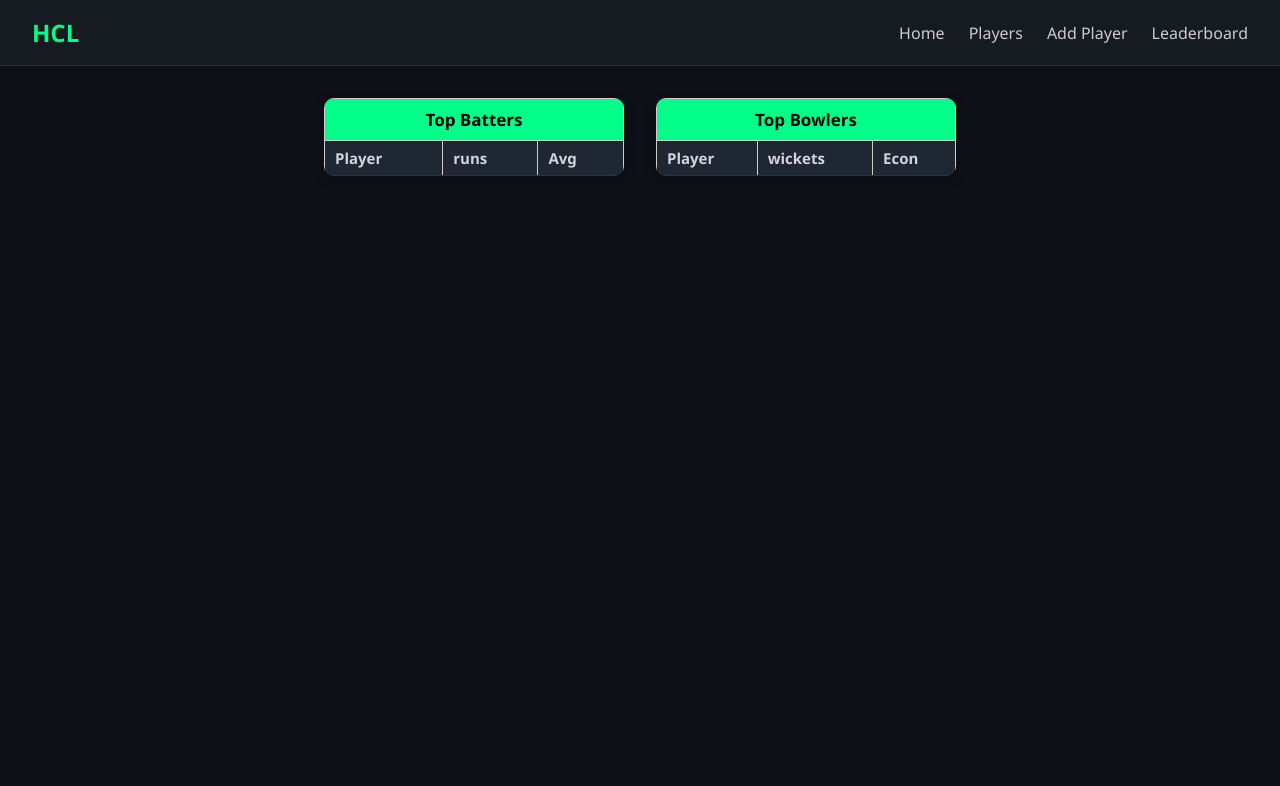
Repository: DanTastic-Dev/HCL
Page: / (app in cricket-app/)
The author's editor kept a copy of each file at every save. The page is drawn from the files as they stood at one save, then again after the next save.
The browser window is 1280 px wide. The pictures show the whole page.
The page's requests for data from a server got no answer. The project was rebuilt for these pictures with package versions that can differ from the ones it lists, and the page was loaded fresh each time. No one was signed in, and anything a server would have sent is missing. Also part of the build but not shown: cricket-app/src/components/TopPerformers.jsx, cricket-app/src/components/IntroAnimation.css, cricket-app/src/components/PlayerForm.jsx, cricket-app/src/components/PlayerTable.jsx, cricket-app/src/pages/AddPlayerPage.jsx, cricket-app/src/components/PlayerCard.jsx, cricket-app/src/pages/ViewPlayersPage.jsx, cricket-app/src/pages/LeaderboardPage.jsx and 1 more.

Above is the page before, as saved 2025-06-18 15:41:09.

### cricket-app/public/index.html
<!DOCTYPE html>
<html lang="en">
  <head>
    <meta charset="UTF-8" />
    <meta name="viewport" content="width=device-width, initial-scale=1.0"/>
    <title>Cricket Stats App</title>
  </head>
  <body>
    <div id="root"></div>
  </body>
</html>

### cricket-app/src/index.js
import React from 'react';
import ReactDOM from 'react-dom/client';
import AppWithAnimation from './AppWithAnimation';
import './index.css';

const root = ReactDOM.createRoot(document.getElementById('root'));
root.render(
    <React.StrictMode>
        <AppWithAnimation />
    </React.StrictMode>
);

### cricket-app/src/AppWithAnimation.jsx
import React, { useState } from 'react';
import App from './App';
import IntroAnimation from './components/IntroAnimation';

const AppWithAnimation = () => {
    const [showIntro, setShowIntro] = useState(true);

    return showIntro ? <IntroAnimation onComplete={() => setShowIntro(false)} /> : <App />;
};

export default AppWithAnimation;

### cricket-app/src/index.css
/* index.css */

* {
  margin: 0;
  padding: 0;
  box-sizing: border-box;
  font-family: 'Segoe UI', Tahoma, Geneva, Verdana, sans-serif;
}

body {
  background-color: #f4f6f8;
  color: #333;
}

button {
  cursor: pointer;
  background-color: #007bff;
  border: none;
  color: white;
  padding: 8px 14px;
  border-radius: 4px;
  transition: background-color 0.2s ease;
}

button:hover {
  background-color: #0056b3;
}

input {
  padding: 8px;
  margin: 4px 0;
  border-radius: 4px;
  border: 1px solid #ccc;
  width: 100%;
}

table {
  width: 100%;
  border-collapse: collapse;
}

th, td {
  padding: 12px;
  border: 1px solid #ccc;
  text-align: left;
}

th {
  background-color: #e9ecef;
}

.container {
  max-width: 1200px;
  margin: 0 auto;
  padding: 20px;
}

/* index.css */
body, html {
  margin: 0;
  padding: 0;
  background-color: #0D1117; /* Deep black */
  color: #FFFFFF;
  font-family: 'Segoe UI', sans-serif;
  min-height: 100vh;
}

### cricket-app/src/App.js
import React from "react";
import { BrowserRouter as Router, Routes, Route } from "react-router-dom";
import HomePage from "./pages/HomePage";
import AddPlayerPage from "./pages/AddPlayerPage";
import ViewPlayersPage from "./pages/ViewPlayersPage";
import LeaderboardPage from "./pages/LeaderboardPage";
import EditPlayerPage from "./pages/EditPlayerPage"; // ✅ Add this line
import Navbar from "./components/Navbar";

const App = () => {
    return (
        <Router>
            <div style={{
                backgroundColor: "#0D1117",
                color: "#FFFFFF",
                minHeight: "100vh"
            }}>
                <Navbar />
                <Routes>
                    <Route path="/" element={<HomePage />} />
                    <Route path="/add" element={<AddPlayerPage />} />
                    <Route path="/players" element={<ViewPlayersPage />} />
                    <Route path="/leaderboard" element={<LeaderboardPage />} />
                    <Route path="/edit/:id" element={<EditPlayerPage />} /> {/* ✅ Add this */}
                </Routes>
            </div>
        </Router>
    );
};

export default App;

### cricket-app/src/components/IntroAnimation.jsx
import React, { useEffect, useState, useMemo } from "react";
import "./IntroAnimation.css";

const IntroAnimation = ({ topBatter, topBowler, onComplete }) => {
  const [displayText, setDisplayText] = useState("");
  const [stepIndex, setStepIndex] = useState(0);
  const [charIndex, setCharIndex] = useState(0);
  const [isTyping, setIsTyping] = useState(true);

  // 🛡️ If required data is missing, skip the intro
  useEffect(() => {
    if (!topBatter || !topBowler) {
      console.warn("Missing topBatter or topBowler, skipping intro animation");
      onComplete?.();
    }
  }, [topBatter, topBowler, onComplete]);

  const batterAvg =
    topBatter?.innings - topBatter?.notOuts > 0
      ? (topBatter.runs / (topBatter.innings - topBatter.notOuts)).toFixed(2)
      : "-";

  const batterSR =
    topBatter?.ballsFaced > 0
      ? ((topBatter.runs / topBatter.ballsFaced) * 100).toFixed(2)
      : "-";

  const bowlerEco =
    topBowler?.overs > 0
      ? (topBowler.runsGiven / topBowler.overs).toFixed(2)
      : "-";

  const steps = useMemo(() => {
    if (!topBatter || !topBowler) return [];

    return [
      `🏏 ${topBatter.runs} runs... ${batterAvg} avg... ${batterSR} SR...`,
      `🔥 Top Run Getter`,
      `${topBatter.name}`,
      `🎯 ${topBowler.wickets} wickets... ${bowlerEco} economy...`,
      `🔥 Top Wicket Taker`,
      `${topBowler.name}`,
    ];
  }, [topBatter, topBowler, batterAvg, batterSR, bowlerEco]);

  const isNameStep = stepIndex === 2 || stepIndex === 5;
  const isTitleStep = stepIndex === 1 || stepIndex === 4;

  useEffect(() => {
    if (!steps.length || !isTyping) return;

    const currentText = steps[stepIndex];
    if (charIndex < currentText.length) {
      const timeout = setTimeout(() => {
        setDisplayText((prev) => prev + currentText[charIndex]);
        setCharIndex((prev) => prev + 1);
      }, 30);
      return () => clearTimeout(timeout);
    } else {
      setIsTyping(false);
      setTimeout(() => {
        setCharIndex(0);
        setDisplayText("");
        if (stepIndex < steps.length - 1) {
          setStepIndex((prev) => prev + 1);
          setIsTyping(true);
        } else {
          setTimeout(() => onComplete?.(), 800);
        }
      }, 1200);
    }
  }, [charIndex, isTyping, stepIndex, steps, onComplete]);

  return (
    <div
      style={{
        height: "100vh",
        backgroundColor: "#0D1117",
        color: "#00FF88",
        display: "flex",
        alignItems: "center",
        justifyContent: "center",
        fontSize: isNameStep ? "3rem" : "2.3rem",
        fontWeight: "bold",
        fontFamily: "monospace",
        letterSpacing: "1.5px",
        textAlign: "center",
        padding: "0 2rem",
        transition: "font-size 0.3s ease-in-out",
      }}
    >
      <span className={isNameStep ? "reveal-name" : isTitleStep ? "reveal-title" : ""}>
        {steps.length > 0 ? displayText : ""}
      </span>
    </div>
  );
};

export default IntroAnimation;

### cricket-app/src/pages/HomePage.jsx
import React, { useEffect, useState } from "react";
import TopPerformers from "../components/TopPerformers";
import MiniLeaderboards from "../components/MiniLeaderboards";
import IntroAnimation from "../components/IntroAnimation";

const HomePage = () => {
  const [players, setPlayers] = useState([]);
  const [showIntro, setShowIntro] = useState(false);
  const [topBatter, setTopBatter] = useState(null);
  const [topBowler, setTopBowler] = useState(null);

  useEffect(() => {
    const hasPlayedIntro = sessionStorage.getItem("hasPlayedIntro");

    fetch("http://localhost:5000/players")
      .then((res) => res.json())
      .then((data) => {
        setPlayers(data);

        const sortedBatters = [...data].sort((a, b) => b.runs - a.runs);
        const sortedBowlers = [...data].sort((a, b) => b.wickets - a.wickets);

        setTopBatter(sortedBatters[0]);
        setTopBowler(sortedBowlers[0]);

        // Only show intro if it hasn't already played
        if (!hasPlayedIntro) {
          setShowIntro(true);
        }
      });
  }, []);

  const handleIntroComplete = () => {
    sessionStorage.setItem("hasPlayedIntro", "true");
    setShowIntro(false);
  };

  return (
    <div style={{ backgroundColor: "#0D1117", color: "#FFFFFF", minHeight: "100vh" }}>
      {showIntro && topBatter && topBowler ? (
        <IntroAnimation
          topBatter={topBatter}
          topBowler={topBowler}
          onComplete={handleIntroComplete}
        />
      ) : (
        <>
          <TopPerformers players={players} />
          <MiniLeaderboards players={players} />
        </>
      )}
    </div>
  );
};

export default HomePage;

### cricket-app/src/components/Navbar.jsx
// src/components/Navbar.js
import React from "react";
import { Link } from "react-router-dom";

const Navbar = () => {
    return (
        <nav style={{
            backgroundColor: "#161B22",
            padding: "1rem 2rem",
            display: "flex",
            alignItems: "center",
            justifyContent: "space-between",
            borderBottom: "1px solid #2D333B",
            position: "sticky",
            top: 0,
            zIndex: 1000
        }}>
            <div style={{ fontSize: "1.5rem", fontWeight: "bold", color: "#00FF88" }}>
                HCL
            </div>
            <div style={{ display: "flex", gap: "1.5rem" }}>
                <Link to="/" style={navLinkStyle}>Home</Link>
                <Link to="/players" style={navLinkStyle}>Players</Link>
                <Link to="/add" style={navLinkStyle}>Add Player</Link>
                <Link to="/leaderboard" style={navLinkStyle}>Leaderboard</Link>
            </div>
        </nav>
    );
};

const navLinkStyle = {
    color: "#ccc",
    textDecoration: "none",
    fontSize: "1rem",
    transition: "color 0.3s",
};

export default Navbar;

### cricket-app/src/components/MiniLeaderboards.jsx
import React from "react";

const MiniLeaderboards = ({ players }) => {
    const topBatters = [...players].sort((a, b) => b.runs - a.runs).slice(0, 5);
    const topBowlers = [...players].sort((a, b) => b.wickets - a.wickets).slice(0, 5);

    const getBattingAverage = (player) =>
        player.innings - player.notOuts > 0
            ? (player.runs / (player.innings - player.notOuts)).toFixed(2)
            : "-";

    const getEconomy = (player) =>
        player.overs > 0
            ? (player.runsGiven / player.overs).toFixed(2)
            : "-";

    return (
        <div style={{
            display: "flex",
            justifyContent: "center",
            flexWrap: "wrap",
            gap: "2rem",
            padding: "2rem",
            backgroundColor: "#0D1117",
            color: "#d1d5db" // updated text color (soft light grey)
        }}>
            {[{ title: "Top Batters", data: topBatters, keys: ["runs", "Avg"] }, { title: "Top Bowlers", data: topBowlers, keys: ["wickets", "Econ"] }]
                .map((section, i) => (
                    <div
                        key={i}
                        style={{
                            transition: 'transform 0.3s ease, box-shadow 0.3s ease',
                            borderRadius: "10px",
                            backgroundColor: "#1C222A", // lighter dark
                            boxShadow: "0 4px 12px rgba(0,0,0,0.3)",
                            overflow: "hidden",
                            width: "300px",
                            outline: "none",            // ✅ remove default outlines
                            border: "none",             // ✅ remove table outline
                            borderWidth: 0
                        }}
                        onMouseEnter={(e) => {
                            e.currentTarget.style.transform = 'translateY(-4px)';
                            e.currentTarget.style.boxShadow = '0 0 10px rgba(0, 255, 136, 0.5)';
                        }}
                        onMouseLeave={(e) => {
                            e.currentTarget.style.transform = 'translateY(0)';
                            e.currentTarget.style.boxShadow = '0 4px 12px rgba(0,0,0,0.3)';
                        }}
                    >
                        <table style={{ width: "100%", borderCollapse: "collapse", fontSize: "15px", color: "#d1d5db" }}>
                            <thead style={{ backgroundColor: "#1f2733" }}>
                                <tr>
                                    <th colSpan="3" style={{
                                        backgroundColor: "#00FF88",
                                        color: "#000",
                                        padding: "9px",
                                        fontSize: "17px",
                                        fontWeight: "bold",
                                        textAlign: "center"
                                    }}>
                                        {section.title}
                                    </th>
                                </tr>
                                <tr>
                                    <th style={{
                                        padding: "7px 10px",
                                        textAlign: "left",
                                        color: "#d1d5db",
                                        backgroundColor: "#1f2733",
                                        borderBottom: "1px solid #2D333B"
                                    }}>Player</th>
                                    <th style={{
                                        padding: "7px 10px",
                                        textAlign: "left",
                                        color: "#d1d5db",
                                        backgroundColor: "#1f2733",
                                        borderBottom: "1px solid #2D333B"
                                    }}>{section.keys[0]}</th>
                                    <th style={{
                                        padding: "7px 10px",
                                        textAlign: "left",
                                        color: "#d1d5db",
                                        backgroundColor: "#1f2733",
                                        borderBottom: "1px solid #2D333B"
                                    }}>{section.keys[1]}</th>
                                </tr>
                            </thead>
                            <tbody>
                                {section.data.map((player, idx) => (
                                    <tr key={player._id} style={{ borderBottom: "1px solid #1a1a1a" }}>
                                        <td style={{ padding: "7px 10px" }}>{idx + 1}. {player.name}</td>
                                        <td style={{ padding: "7px 10px" }}>
                                            {section.keys[0] === "runs" ? player.runs : player.wickets}
                                        </td>
                                        <td style={{ padding: "7px 10px" }}>
                                            {section.keys[1] === "Avg"
                                                ? getBattingAverage(player)
                                                : getEconomy(player)}
                                        </td>
                                    </tr>
                                ))}
                            </tbody>
                        </table>
                    </div>
                ))}
        </div>
    );
};

export default MiniLeaderboards;

After the next save:
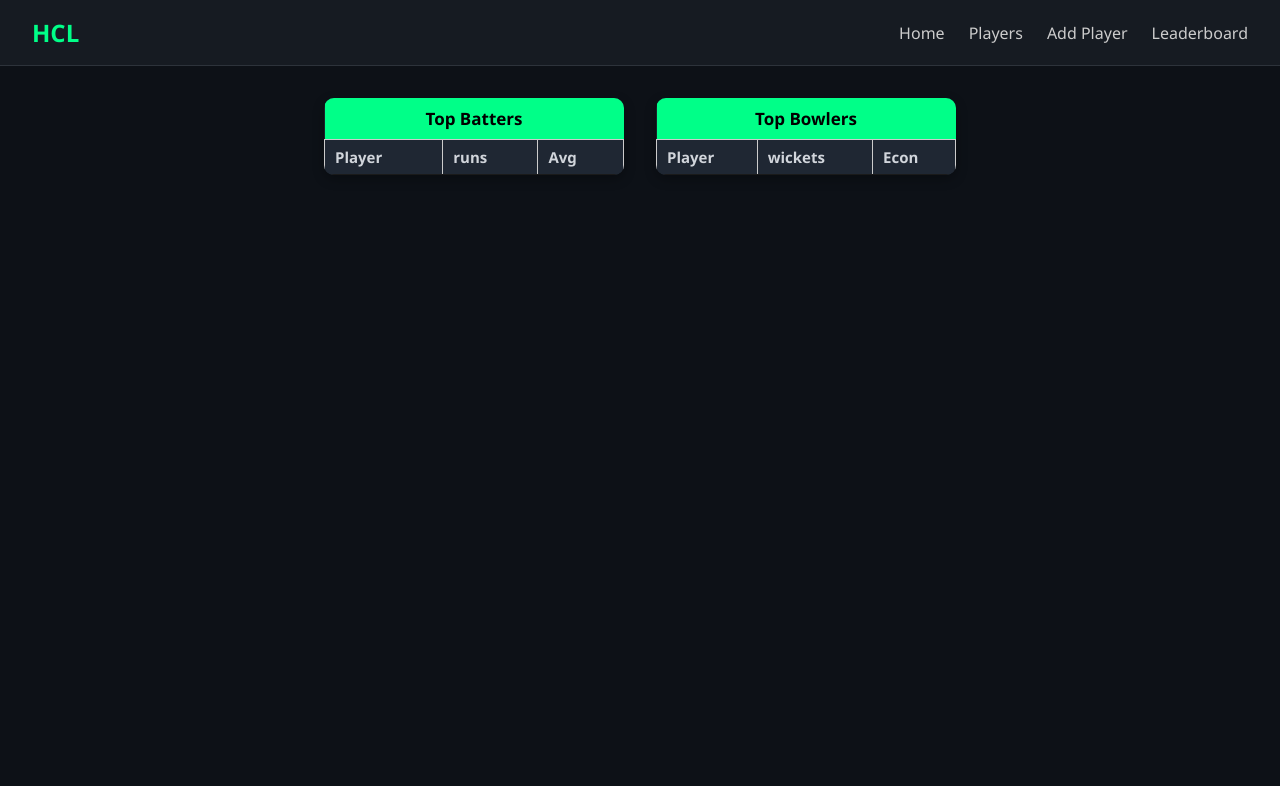
Saved 85 s later.
--- a/cricket-app/src/components/MiniLeaderboards.jsx
+++ b/cricket-app/src/components/MiniLeaderboards.jsx
@@ -22,7 +22,7 @@ const MiniLeaderboards = ({ players }) => {
             gap: "2rem",
             padding: "2rem",
             backgroundColor: "#0D1117",
-            color: "#d1d5db" // updated text color (soft light grey)
+            color: "#d1d5db"
         }}>
             {[{ title: "Top Batters", data: topBatters, keys: ["runs", "Avg"] }, { title: "Top Bowlers", data: topBowlers, keys: ["wickets", "Econ"] }]
                 .map((section, i) => (
@@ -31,13 +31,10 @@ const MiniLeaderboards = ({ players }) => {
                         style={{
                             transition: 'transform 0.3s ease, box-shadow 0.3s ease',
                             borderRadius: "10px",
-                            backgroundColor: "#1C222A", // lighter dark
+                            backgroundColor: "#1C222A",
                             boxShadow: "0 4px 12px rgba(0,0,0,0.3)",
                             overflow: "hidden",
-                            width: "300px",
-                            outline: "none",            // ✅ remove default outlines
-                            border: "none",             // ✅ remove table outline
-                            borderWidth: 0
+                            width: "300px"
                         }}
                         onMouseEnter={(e) => {
                             e.currentTarget.style.transform = 'translateY(-4px)';
@@ -48,7 +45,15 @@ const MiniLeaderboards = ({ players }) => {
                             e.currentTarget.style.boxShadow = '0 4px 12px rgba(0,0,0,0.3)';
                         }}
                     >
-                        <table style={{ width: "100%", borderCollapse: "collapse", fontSize: "15px", color: "#d1d5db" }}>
+                        <table style={{
+                            width: "100%",
+                            borderCollapse: "collapse",
+                            fontSize: "15px",
+                            color: "#d1d5db",
+                            backgroundColor: "transparent",
+                            border: "none",
+                            outline: "none"
+                        }}>
                             <thead style={{ backgroundColor: "#1f2733" }}>
                                 <tr>
                                     <th colSpan="3" style={{
@@ -57,7 +62,8 @@ const MiniLeaderboards = ({ players }) => {
                                         padding: "9px",
                                         fontSize: "17px",
                                         fontWeight: "bold",
-                                        textAlign: "center"
+                                        textAlign: "center",
+                                        border: "none"
                                     }}>
                                         {section.title}
                                     </th>
@@ -68,21 +74,21 @@ const MiniLeaderboards = ({ players }) => {
                                         textAlign: "left",
                                         color: "#d1d5db",
                                         backgroundColor: "#1f2733",
-                                        borderBottom: "1px solid #2D333B"
+                                        borderBottom: "1px solid #1a1a1a"
                                     }}>Player</th>
                                     <th style={{
                                         padding: "7px 10px",
                                         textAlign: "left",
                                         color: "#d1d5db",
                                         backgroundColor: "#1f2733",
-                                        borderBottom: "1px solid #2D333B"
+                                        borderBottom: "1px solid #1a1a1a"
                                     }}>{section.keys[0]}</th>
                                     <th style={{
                                         padding: "7px 10px",
                                         textAlign: "left",
                                         color: "#d1d5db",
                                         backgroundColor: "#1f2733",
-                                        borderBottom: "1px solid #2D333B"
+                                        borderBottom: "1px solid #1a1a1a"
                                     }}>{section.keys[1]}</th>
                                 </tr>
                             </thead>
